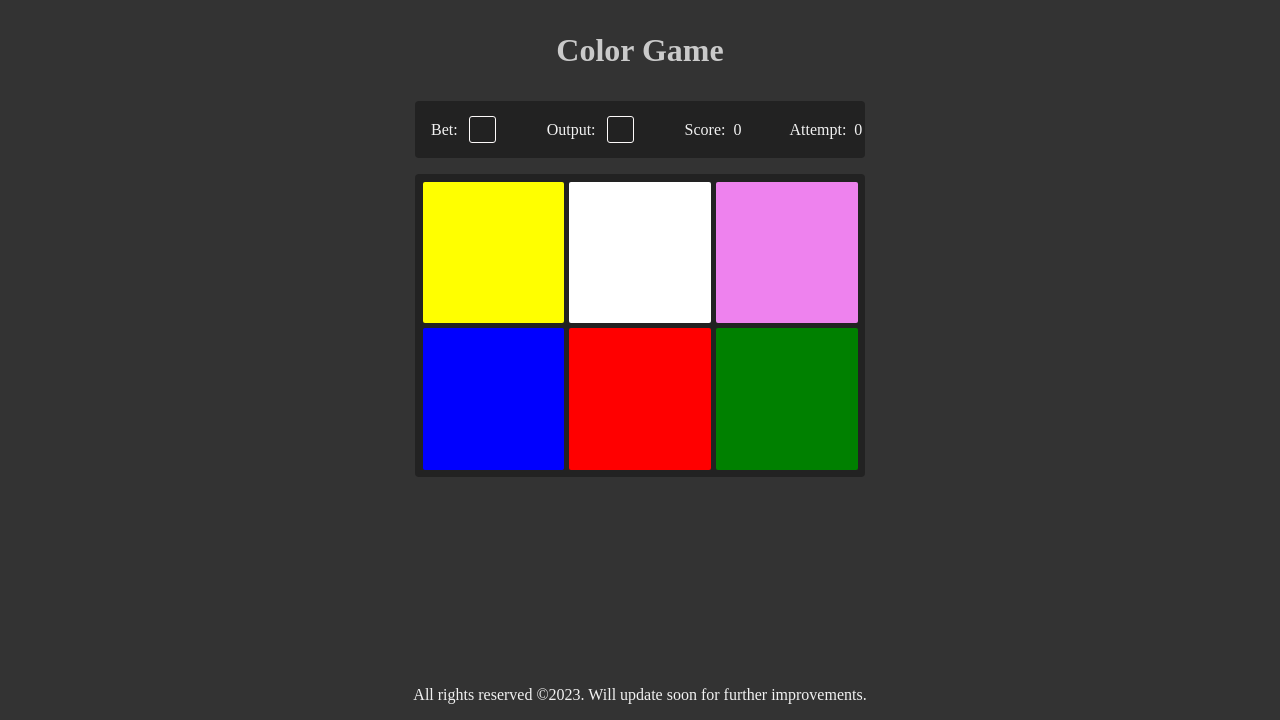
Repository: Pxych09/Simple-Game-VanillaJS
Page: Simple Web Game/color-game.html
An editor plug-in stored every save of this project. The page is shown before and after the next save, followed by the edit.
The browser window is 1280 px wide. The pictures show the whole page.

Above is the page before, as saved 2023-10-03 11:00:13.

### Simple Web Game/color-game.html
<!DOCTYPE html>
<html lang="en">
<head>
    <meta charset="UTF-8">
    <meta name="viewport" content="width=device-width, initial-scale=1.0">
    <title>Color Game</title>
    <link rel="stylesheet" href="./css/styles.css">
    <script src="./js/color-game.js" defer></script>
</head>
<body>

    <div id="master-color">

        <div class="for-title-color"><h1 class="color-title">Color Game</h1></div>
        <div class="color-dashboard">
            <div>Bet: <div class="color-bet"></div></div>
            <div>Output: <div class="color-output"></div></div>
           <div>Score: <div id="color-score"></div></div>
           <div>Attempt: <div id="attempt"></div></div>
        </div>
        <div class="container-colors">
            <div class="box-colors">
                <div></div>
                <div></div>
                <div></div>
                <div></div>
                <div></div>
                <div></div>
            </div>

            <div class="for-btn-color"><button class="btn-roll-color unshow"><span>Roll</span>&nbsp;<span class="dice">🎲</span></button></div>
        </div>

        <footer>
            <p>All rights reserved &copy;2023. Will update soon for further improvements.</p>
        </footer>

    </div>

</body>
</html>

### Simple Web Game/css/styles.css
@import url('https://fonts.googleapis.com/css2?family=Anton&family=Inconsolata:wght@300&family=Lobster&family=PT+Sans:wght@700&family=Poppins&display=swap');

*, ::before, ::after{
    margin: 0; padding: 0;
    box-sizing: border-box;
}

footer{
    position: fixed;
    bottom: 0;
    padding: 1rem;
    left: 0; right: 0;
    text-align: center;
}

/* FOR COLOR GAME */
#master-color{
    min-height: 100vh;
    min-height: 100dvh;
    background-color: #333;
    display: block;
    color: #f2f2f2;
}
.color-title{
    color: #cacaca;
}
#master-color > div{
    width: 100%;
    text-align: center;
}
#master-color .for-title-color{
    padding-block: 2rem;
}
#master-color .color-dashboard > div{
    display: flex; padding: 1rem;
    gap: .5rem;
    justify-content: flex-start; align-items: center;
}
#master-color .color-dashboard{
    display: flex; gap: 1rem;
    background-color: #222;
    justify-content: space-around;
    align-items: center;
    padding: 0;
    /* overflow: hidden; */
    margin-inline: auto;
    border-radius: 4px;
    width: min(100%, 450px);
}
.for-btn-color{
    display: grid;
    padding: 1rem;
}
button.btn-roll-color:hover,
button.btn-roll-color:focus{
    background: rgba(253, 176, 33, 0.938);
    outline: 2px solid rgb(226, 148, 3);
    color: rgb(18, 18, 231);
    outline-offset: 1px;
}
button.btn-roll-color{
    display: flex; justify-content: center; align-items: center;
    font-size: 1rem;
    outline-offset: 2px;
    color: rgb(27, 27, 185);
    text-transform: uppercase;
    font-weight: bold;
    background: orange;
    outline: 2px solid rgba(248, 181, 58, 0.63);
    border: none; margin-inline: auto;
    padding: .5rem 1rem;
    border-radius: .7rem;
    width: min(100%, 100px);
    cursor: pointer;
}
#master-color .container-colors{
    padding-block: 1rem;
    display: grid;
    place-items: center;
}
.container-colors .box-colors{
    --mx-width: 450px;
    --radius: 2px;
    --gap: 5px;
    display: grid;
    grid-template-columns: repeat(3, 1fr);
    gap: var(--gap);
    width: min(100%, var(--mx-width));
    background: #222;
    padding: calc(var(--gap) * 1.5);
    border-radius: calc(var(--radius) * 2);
}
.container-colors .box-colors div{
    /* width: calc(var(--mx-width) / 3.5); */
    background-color: #cacaca;
    aspect-ratio: 1;
    margin: 0;
    border-radius: var(--radius);
}
.container-colors .box-colors div:hover{
    opacity: .8;
}

.color-bet,
.color-output{
    margin-inline: .25rem;
    /* background: yellow; */
    outline: 1px solid #fdfafa;
    width: 25px;
    border-radius: 2px;
    aspect-ratio: 1;
}

.container-colors .box-colors div.light{
    opacity: 1;
    animation: light .5s ease;
    pointer-events: none;
    /* animation-iteration-count: 25; */
}

.container-colors .box-colors div.win{
    opacity: .4;
}

@keyframes light {
    to{
        opacity: .4;
    }
}


button.btn-roll-color.unshow{
    display: none;
}
button.btn-roll-color.spin-dice > .dice{
    animation: roll .5s linear infinite;
}
button.btn-roll-color.spin-dice{
    pointer-events: none;
    transition: .3s ease;
}

@keyframes roll {
    to{
        rotate: -360deg;
    }
}

### Simple Web Game/js/color-game.js
const box_colors = document.querySelectorAll('.box-colors div')
const color_bet = document.querySelector('.color-bet')
const color_output = document.querySelector('.color-output')
const color_score = document.querySelector('#color-score')
const btn_roll = document.querySelector('.btn-roll-color')
const attempt = document.querySelector('#attempt')

let colors_length = box_colors.length
const colors = ['yellow', 'white', 'violet', 'blue', 'red', 'green']
let isPlay = false
color_score.innerHTML = 0
attempt.innerHTML = 0

function initialDisplay(){
    for(let i = 0; i < colors_length; i++){
        box_colors[i].style.background = colors[i]
        box_colors[i].id = colors[i]

        box_colors[i].addEventListener('click', e =>{
            btn_roll.classList.remove('unshow')
            color_bet.style.background = box_colors[i].id
            color_bet.id = box_colors[i].id
            color_output.style.background = "none"
        })
    }
}

initialDisplay()

let score = 0
function effect(){

    let speed = 500
    let limit = 30

    function stopTime(){
        const item = Math.floor(Math.random() * colors_length)
        box_colors[item].classList.add('win')
        btn_roll.classList.remove('spin-dice')

        console.log(item)
        color_output.style.background = box_colors[item].id
        console.log("Output: "+box_colors[item].id, "Bet: "+color_bet.id)
        if(box_colors[item].id == color_bet.id){
            score++
            color_score.innerHTML = `${score}`
        }

        isPlay = false

        function reset(){
            color_bet.removeAttribute('id')

            box_colors.forEach(el =>{
                el.classList.remove('light')
                el.addEventListener('click', ()=>{
                    box_colors[item].classList.remove('win')
                })
            })
        }

        setTimeout(reset, 500)
    }

    let count = 0
    const runTime = setInterval(roll, speed)

    function roll(){
        count++
        console.log("count")
        btn_roll.classList.add('spin-dice')
        effects()
        if(count > limit){
            clearInterval(runTime)
            setTimeout(stopTime, 500)
            count = 0
        }
    }

    function effects(){
        for(let i = 0; i < colors_length; i++){
            box_colors[i].classList.add('light')
            box_colors[i].style.animationDelay = `${i}00ms`
            box_colors[i].style.animationIterationCount = `${limit}`
        }
    }
}

const RollColor = (e) =>{
    if(color_bet.hasAttribute('id')){
       // function
      isPlay = true
      console.log(isPlay)
      effect()
    }

}

btn_roll.addEventListener('click', RollColor)

After the next save:
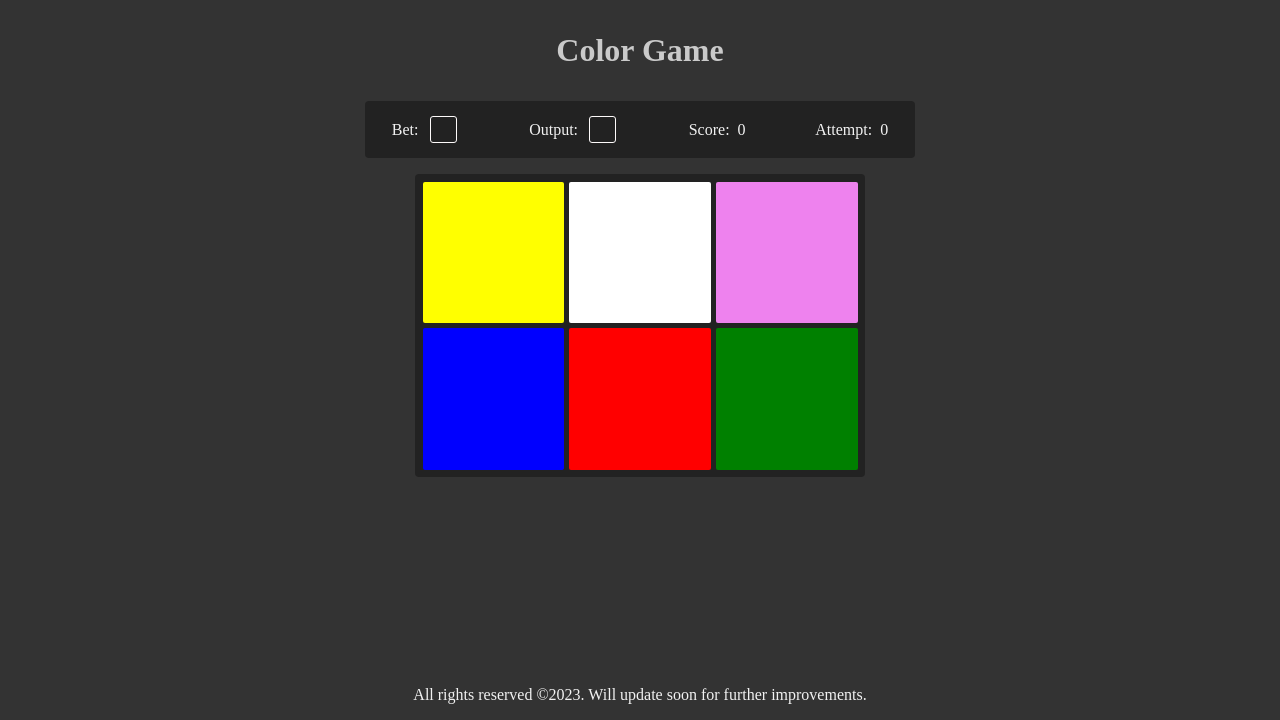
Saved 13 s later.
--- a/Simple Web Game/css/styles.css
+++ b/Simple Web Game/css/styles.css
@@ -45,7 +45,7 @@ footer{
     /* overflow: hidden; */
     margin-inline: auto;
     border-radius: 4px;
-    width: min(100%, 450px);
+    width: min(100%, 550px);
 }
 .for-btn-color{
     display: grid;
